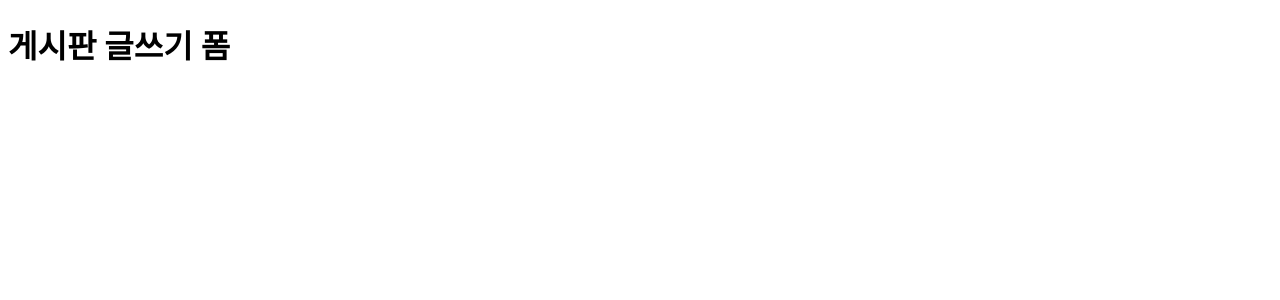
Repository: nsj2204/spring2
Page: http://localhost/ex01/board/write.do
These files come from the project's save history. The page is drawn as it stood at one moment and after the next save; the edit follows.
The browser window is 1280 px wide. The pictures show the whole page.
The page is served by Tomcat 9. Other server files are loaded and not shown.

Above is the page before, as saved 2023-04-06 01:00:40.

### ex01/src/main/webapp/WEB-INF/views/board/write.jsp
<%@ page language="java" contentType="text/html; charset=UTF-8"
    pageEncoding="UTF-8"%>
<!DOCTYPE html>
<html>
<head>
<meta charset="UTF-8">
<title>Insert title here</title>
</head>
<body>
<h1>게시판 글쓰기 폼</h1>
<form action="write.do" method="post"></form>
</body>
</html>

After the next save:
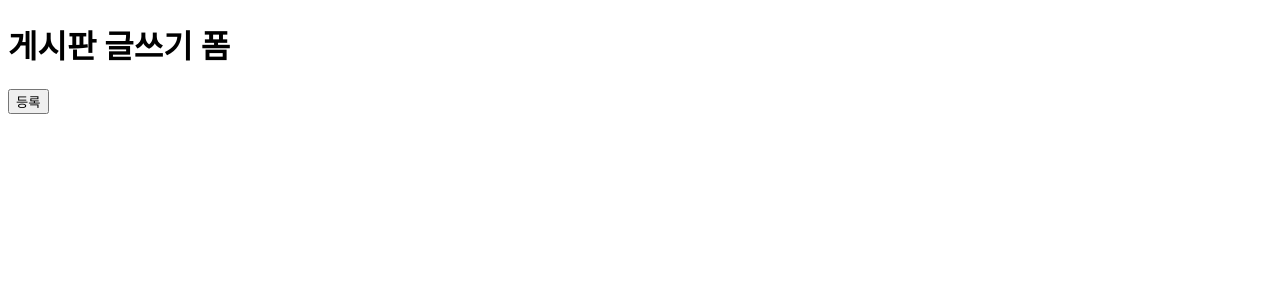
Saved 17 s later.
--- a/ex01/src/main/webapp/WEB-INF/views/board/write.jsp
+++ b/ex01/src/main/webapp/WEB-INF/views/board/write.jsp
@@ -8,6 +8,8 @@
 </head>
 <body>
 <h1>게시판 글쓰기 폼</h1>
-<form action="write.do" method="post"></form>
+<form action="write.do" method="post">
+<button>등록</button>
+</form>
 </body>
 </html>
